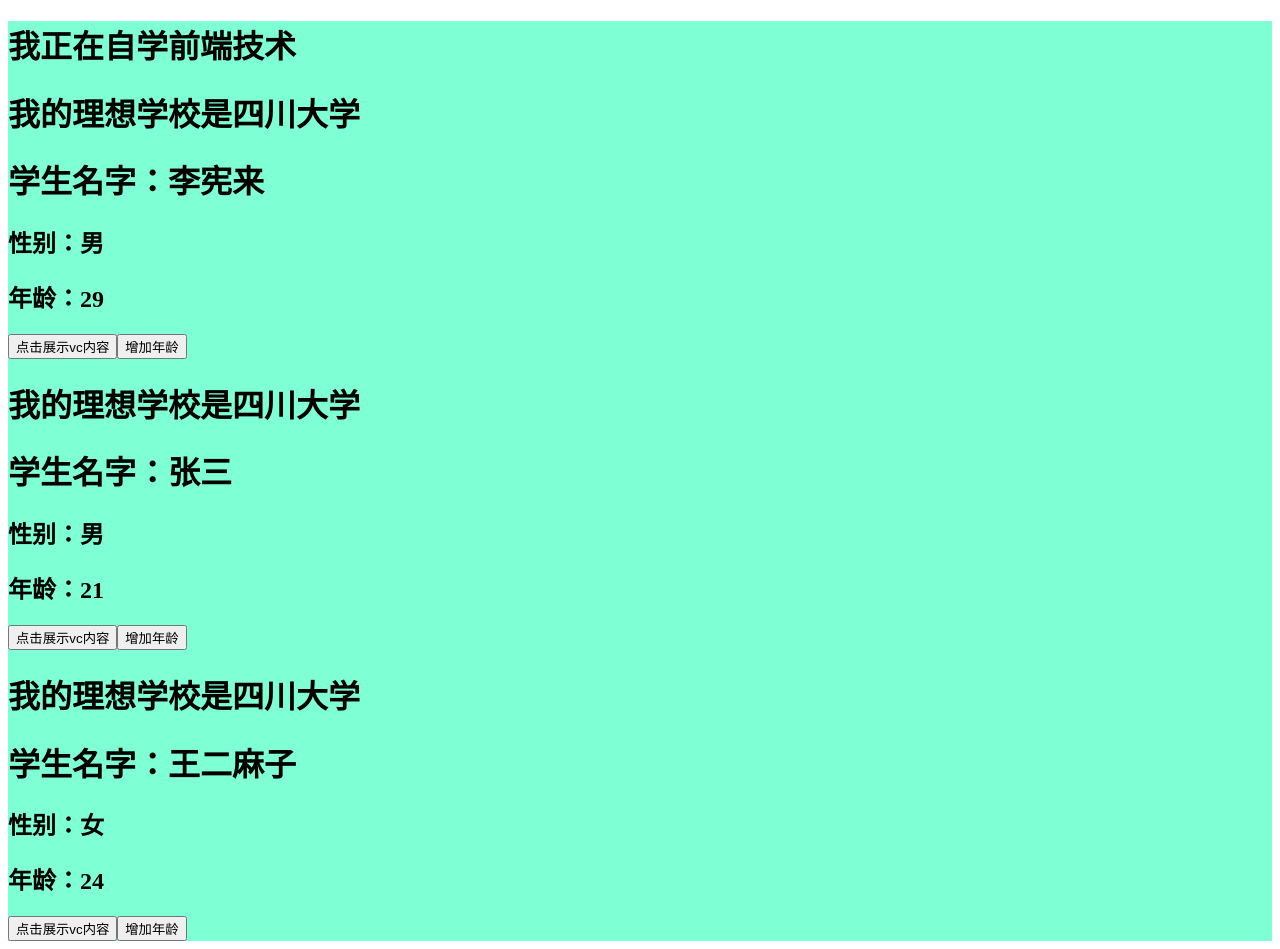
Repository: Lixianlai-2/The-journey-of-learning-Vue
Page: / (app in afterVueCli/Vue_Test/)
These files come from the project's save history. The page is drawn as it stood at one moment and after the next save; the edit follows.
The browser window is 1280 px wide. The pictures show the whole page.
The project was rebuilt for these pictures with package versions that can differ from the ones it lists, and the page was loaded fresh each time.

Above is the page before, as saved 2022-04-11 12:08:16.

### afterVueCli/Vue_Test/src/App.vue
<template>
  <div id="app">
    <h1 v-text="msg" ref="title"></h1>
    <student ref="sch" studentName="李宪来" gender="男" :age="28" />
    <student ref="sch" studentName="张三" gender="男" :age="20" />
    <student ref="sch" studentName="王二麻子" gender="女" :age="23" />
  </div>
</template>

<script>
import student from "./components/student.vue";

export default {
  name: "App",
  components: {
    student,
  },
  data() {
    return {
      msg: "我正在自学前端技术",
    };
  },
};
</script>

<style>
#app {
  background-color: aquamarine;
}
</style>

### afterVueCli/Vue_Test/src/components/student.vue
<template>
  <div>
    <h1>我的理想学校是{{ msg }}</h1>
    <h1>学生名字：{{ studentName }}</h1>
    <h2>性别：{{ gender }}</h2>
    <h2>年龄：{{ myAge + 1 }}</h2>
    <button @click="showVc">点击展示vc内容</button>
    <button @click="addAge">增加年龄</button>
  </div>
</template>

<script>
export default {
  data() {
    return {
      msg: "四川大学",
      myAge: this.age,
    };
  },
  props: ["studentName", "gender", "age"],
  methods: {
    showVc() {
      console.log(this);
    },
    addAge() {
      this.myAge++;
      console.log("works");
    },
  },
};
</script>

<style></style>

Loaded but not shown: afterVueCli/Vue_Test/public/index.html (common file); afterVueCli/Vue_Test/src/main.js (common file)

After the next save:
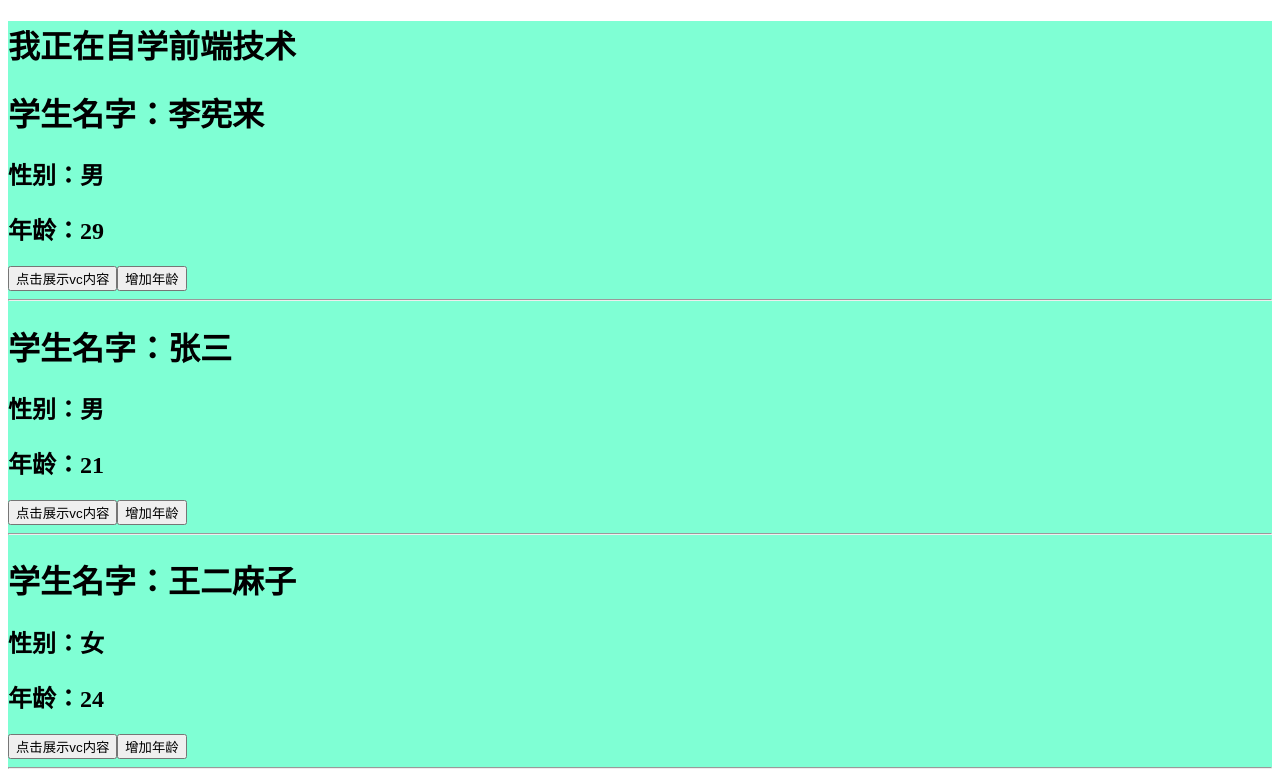
Saved 19 s later.
--- a/afterVueCli/Vue_Test/src/components/student.vue
+++ b/afterVueCli/Vue_Test/src/components/student.vue
@@ -1,11 +1,11 @@
 <template>
   <div>
-    <h1>我的理想学校是{{ msg }}</h1>
     <h1>学生名字：{{ studentName }}</h1>
     <h2>性别：{{ gender }}</h2>
     <h2>年龄：{{ myAge + 1 }}</h2>
     <button @click="showVc">点击展示vc内容</button>
     <button @click="addAge">增加年龄</button>
+    <hr />
   </div>
 </template>
 
